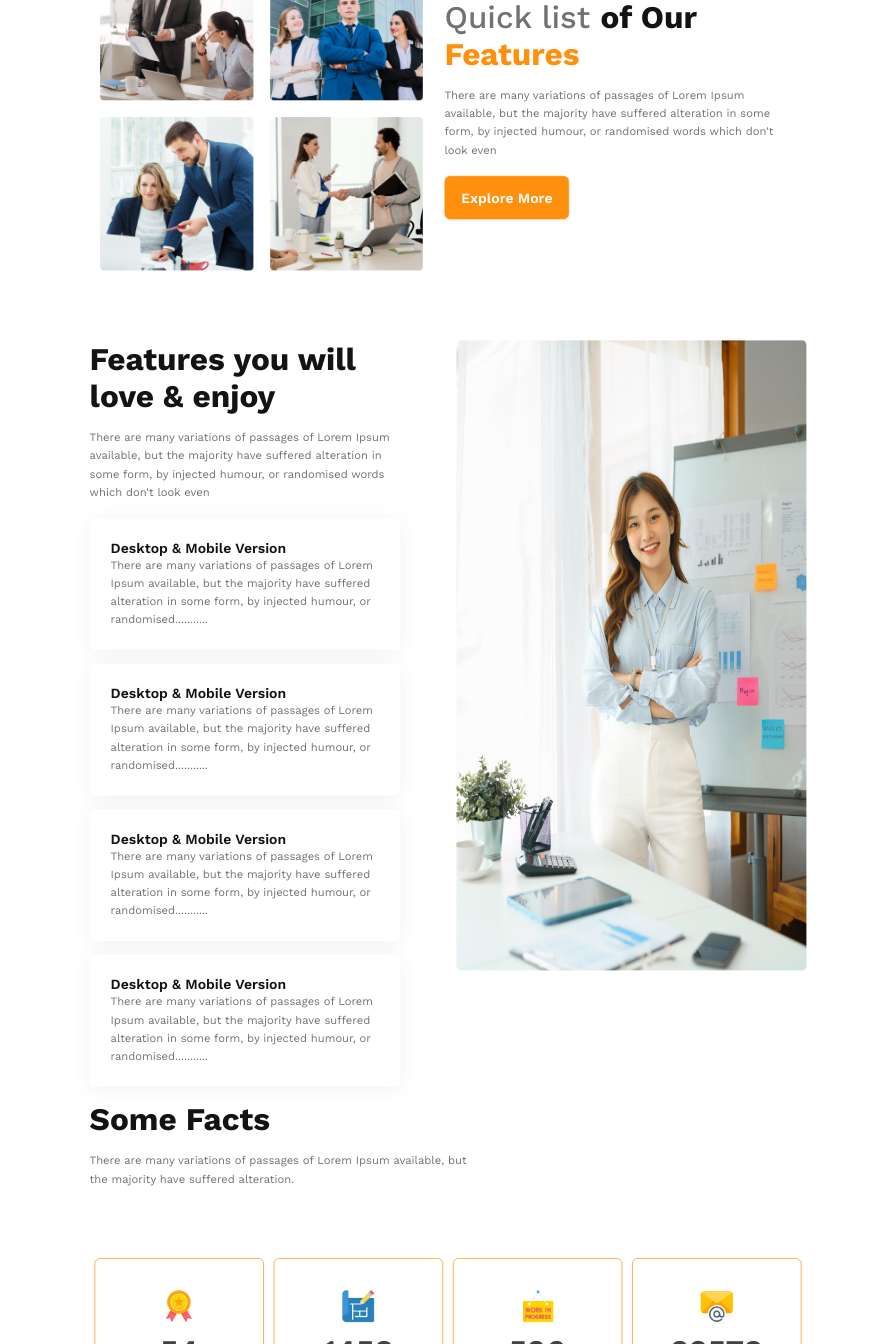
Repository: ShouravAhammed/G3-architects-webpage
Page: index.html
These files come from the project's save history. The page is drawn as it stood at one moment and after the next save; the edit follows.
The browser window is 1280 px wide. The pictures show the part of the page from y = 1256 to 3176 px (the page is 3936 px tall), at 70% of full size.

Above is the page before, as saved 2024-01-13 17:44:32.

After the next save:
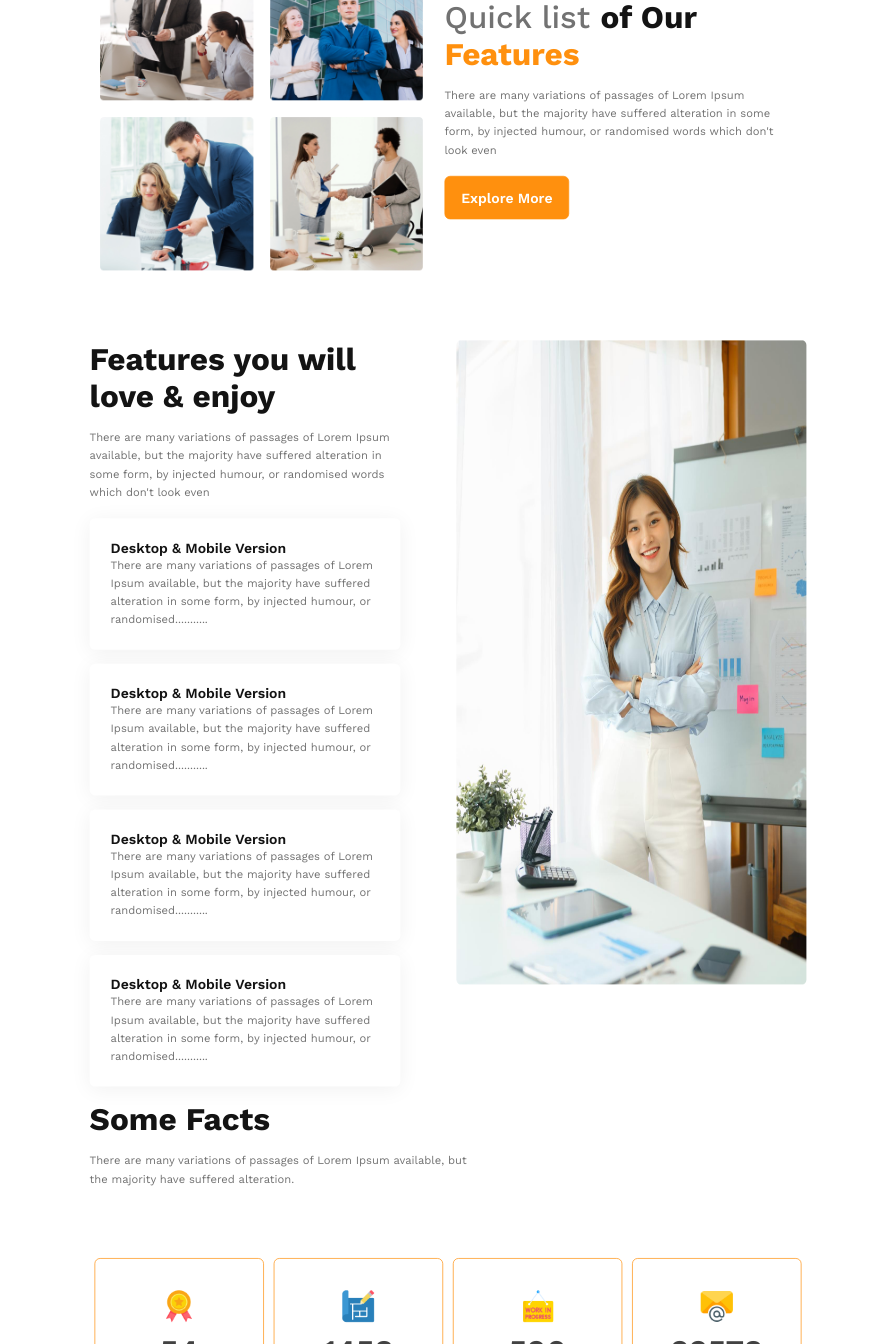
Saved 15 s later.
--- a/styles/style.css
+++ b/styles/style.css
@@ -159,7 +159,7 @@
 }
 .feature-img img {
     width: 500px;
-    height: 900px;
+    height: 920px;
 }
 /* some-facts section css style */
 .some-facts-container{
